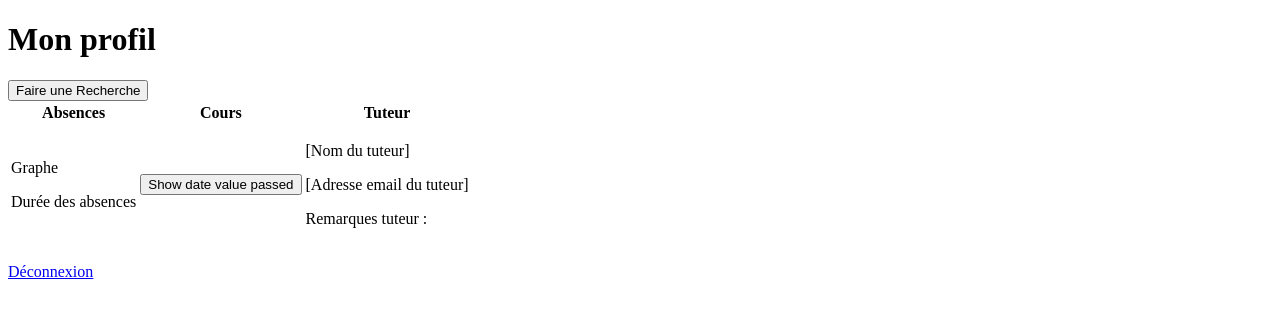
Repository: technologiesweb/GAPP
Page: GAPP/WebContent/Mon_Profil.html
An editor plug-in stored every save of this project. The page is shown before and after the next save, followed by the edit.
The browser window is 1280 px wide. The pictures show the whole page.

Above is the page before, as saved 2016-05-16 13:04:30.
Console error: ReferenceError: DateInput is not defined

### GAPP/WebContent/Mon_Profil.html
<!DOCTYPE html>
<html>

	<head>
		<meta http-equiv="content-type" content="text/html; charset=utf-8" />
		<title>Mon Profil</title>
		<link rel="stylesheet" type="text/css" href="bootstrap-theme.css">
	</head>

	<body>
		<h1>Mon profil</h1>
		<form action="rechercher_un_eleve_ou_un_groupe.html">
		<input type="submit" value="Faire une Recherche"/></form>
		<table>
			<thead>
				<tr>
					<th>Absences</th>
					<th>Cours</th>
					<th>Tuteur</th>
				</tr>
			</thead>
			<tbody>
				<tr>
					<td>
						<p>Graphe</p>
						<p>Durée des absences</p>
					</td>
					<td>
						<script>DateInput('orderdate', true, 'DD-MON-YYYY')</script>
						<input type="button" onClick="alert(this.form.orderdate.value)" value="Show date value passed">
					</td>
					<td>
						<p>[Nom du tuteur]</p>
						<p>[Adresse email du tuteur]</p>
						<p>Remarques tuteur : </p>
					</td>
				</tr>
			</tbody>
		</table>

		<p><a href="/Gapp/Deconnexion">Déconnexion</a></p>
	</body>
</html>

Loaded but not shown: GAPP/WebContent/Bootstrap/css/bootstrap-theme.css (library)

After the next save:
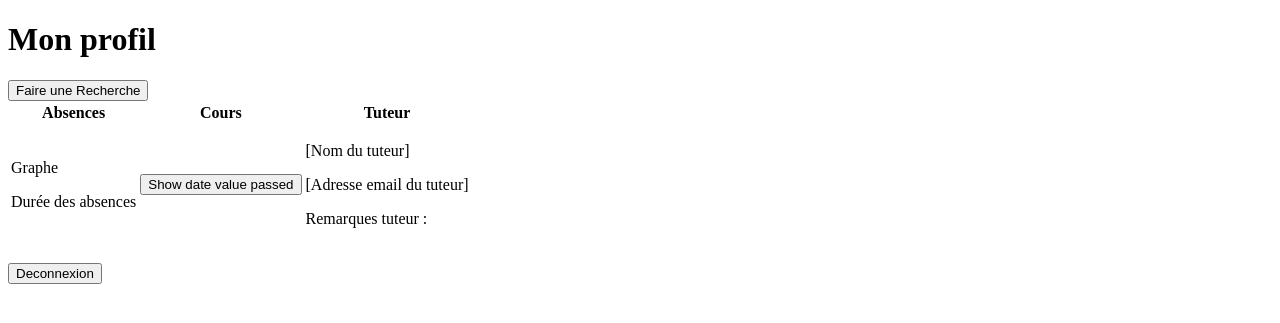
Saved 2 min 5 s later.
--- a/GAPP/WebContent/Mon_Profil.html
+++ b/GAPP/WebContent/Mon_Profil.html
@@ -38,6 +38,8 @@
 			</tbody>
 		</table>
 
-		<p><a href="/Gapp/Deconnexion">Déconnexion</a></p>
+		<p><form method="get" action="/Gapp/Deconnexion">
+		<input type="submit" value="Deconnexion" />
+		</form>
 	</body>
 </html>
